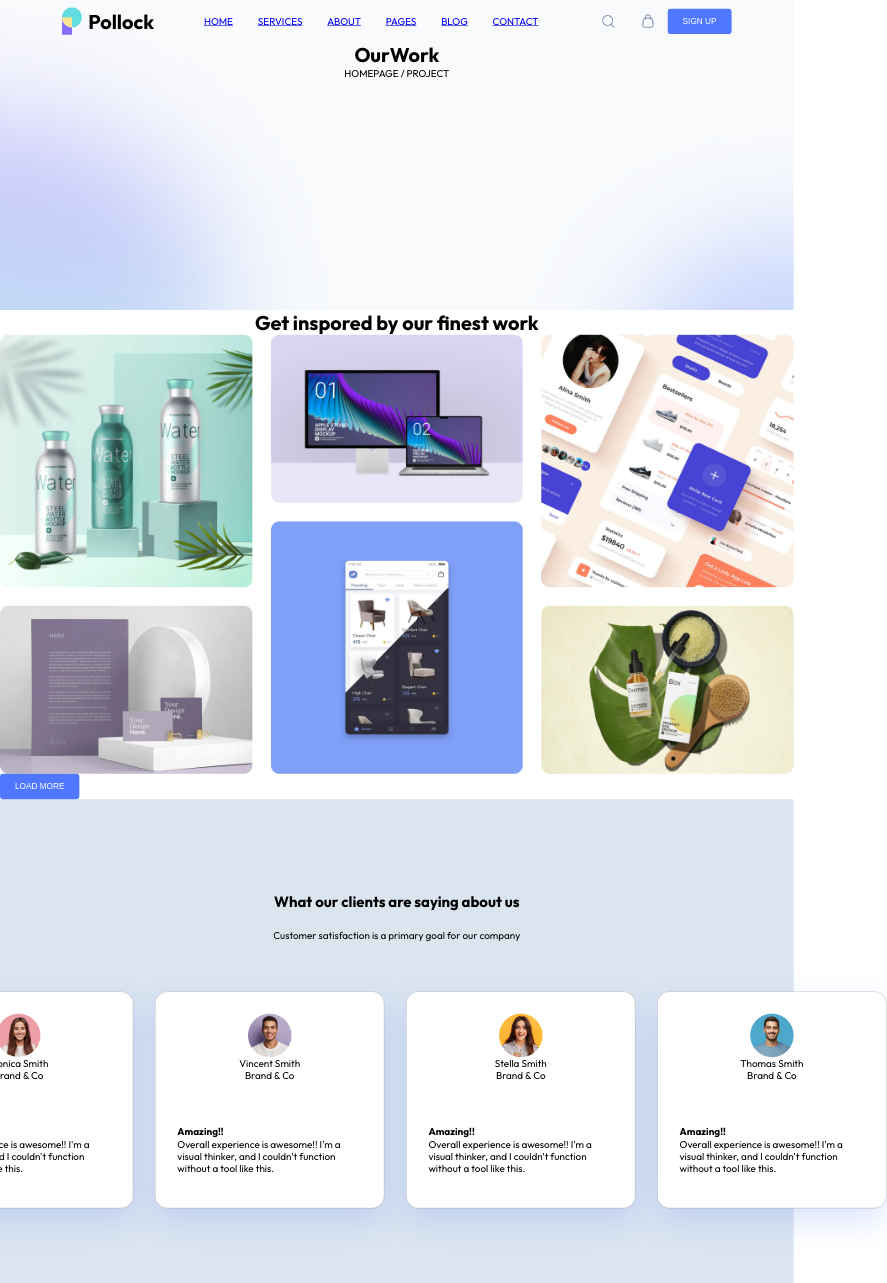
Repository: Nam936/exercises
Page: index.html
An editor plug-in stored every save of this project. The page is shown before and after the next save, followed by the edit.
The browser window is 1280 px wide. The page is 1430 px wide, so the pictures cover 1430 px, including what lies to the right of the window. The pictures show the whole page, at 62% of full size.

Above is the page before, as saved 2022-12-30 14:13:07.

After the next save:
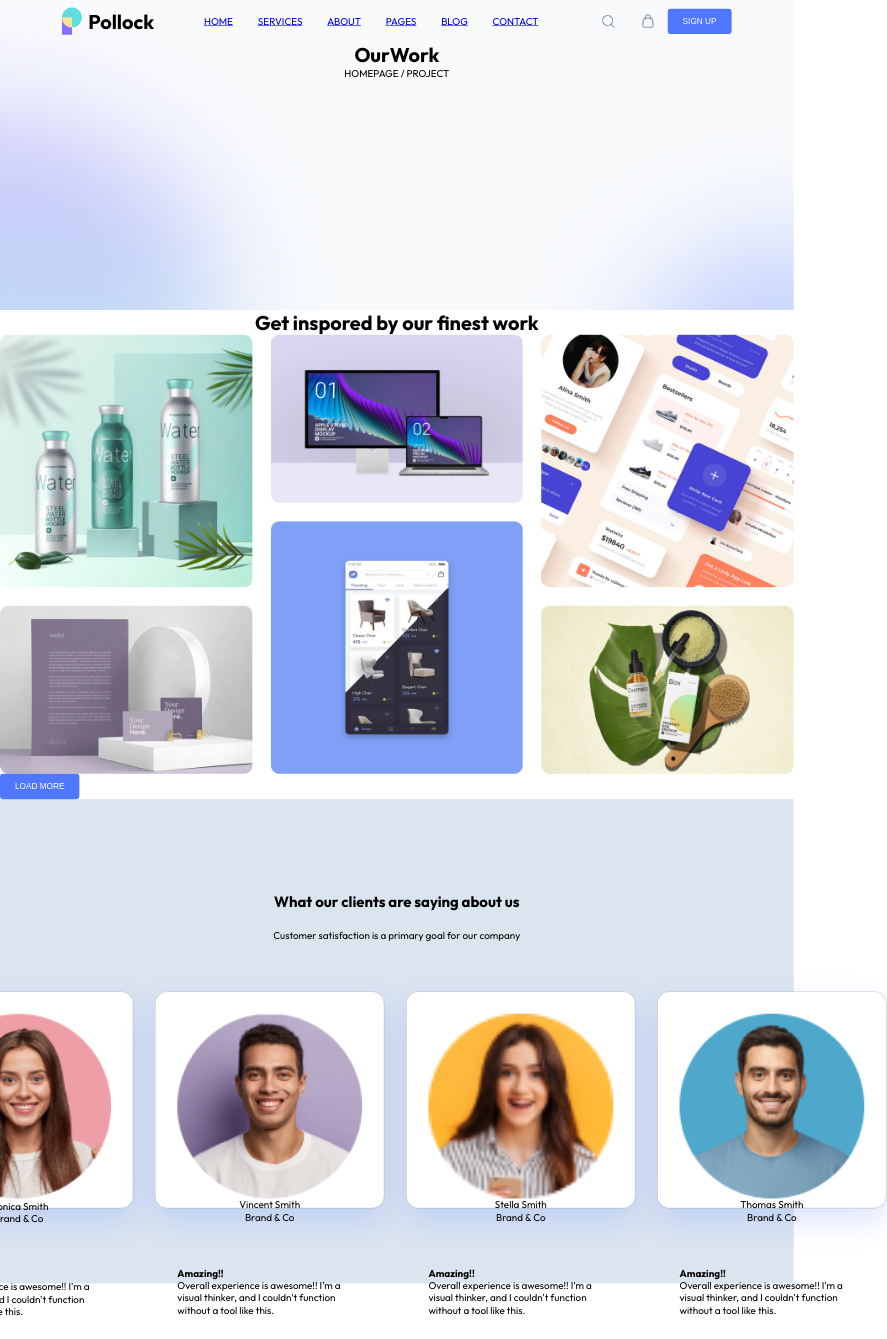
Saved 25 s later.
--- a/style.css
+++ b/style.css
@@ -54,6 +54,7 @@
 /*      */
 .slide{display: grid; grid-template-columns: 375px 375px 375px 375px ; justify-content: center; gap: 30px;}
 .tag{width: 370px; height: 350px; border: 1px solid rgba(0,0,0,0.2); border-radius: 20px; background: #fff;box-shadow: 0px 20px 50px rgba(79, 119, 255, 0.2); }
+tag_itm
 .tag_avatar img{ width: 70px; height: 70px; margin: auto;}
 .tag_avatar{padding: 35px; text-align: center;}
 .txt{padding: 35px;}

After the save that followed:
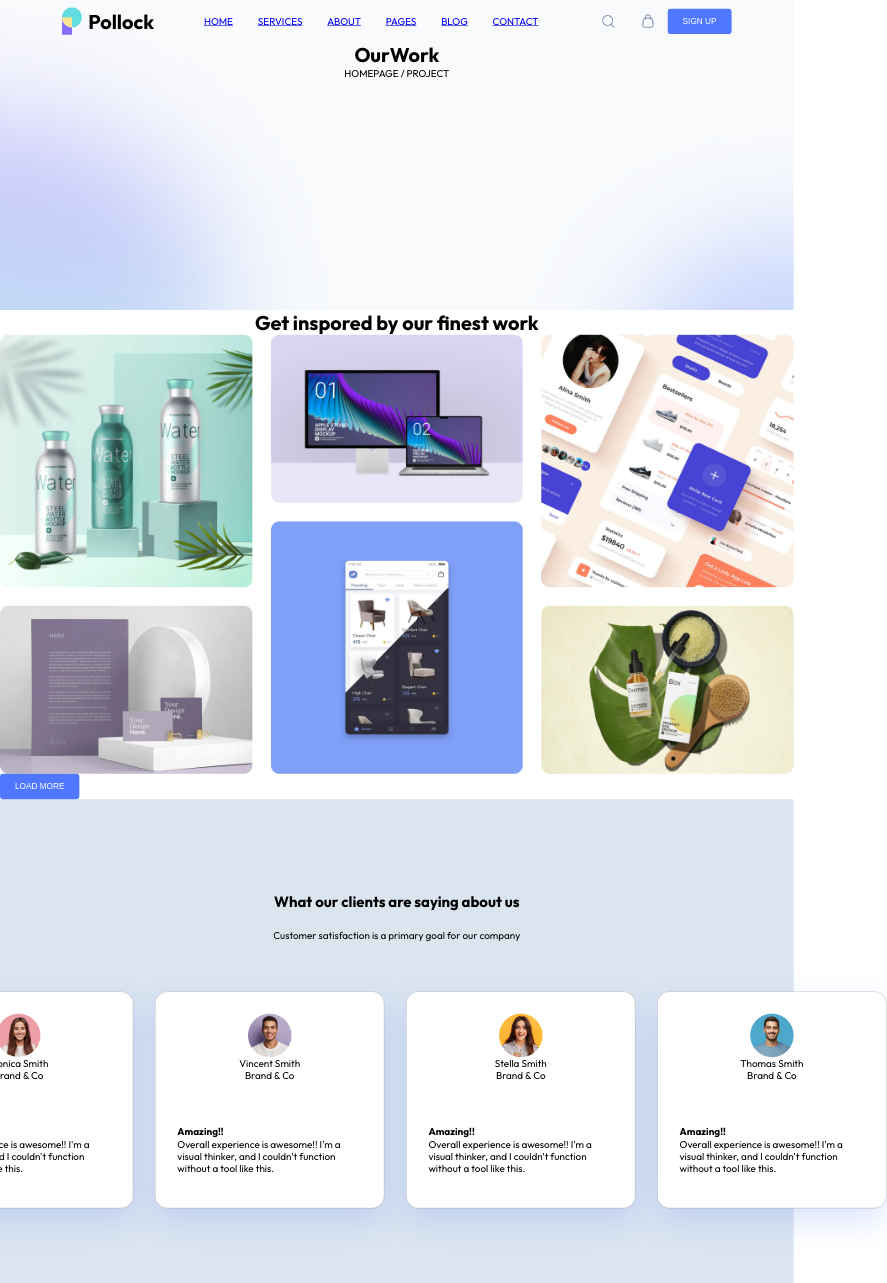
Saved 4 s later.
--- a/style.css
+++ b/style.css
@@ -54,7 +54,7 @@
 /*      */
 .slide{display: grid; grid-template-columns: 375px 375px 375px 375px ; justify-content: center; gap: 30px;}
 .tag{width: 370px; height: 350px; border: 1px solid rgba(0,0,0,0.2); border-radius: 20px; background: #fff;box-shadow: 0px 20px 50px rgba(79, 119, 255, 0.2); }
-tag_itm
+tag_itm{text-align: center;}
 .tag_avatar img{ width: 70px; height: 70px; margin: auto;}
 .tag_avatar{padding: 35px; text-align: center;}
 .txt{padding: 35px;}
